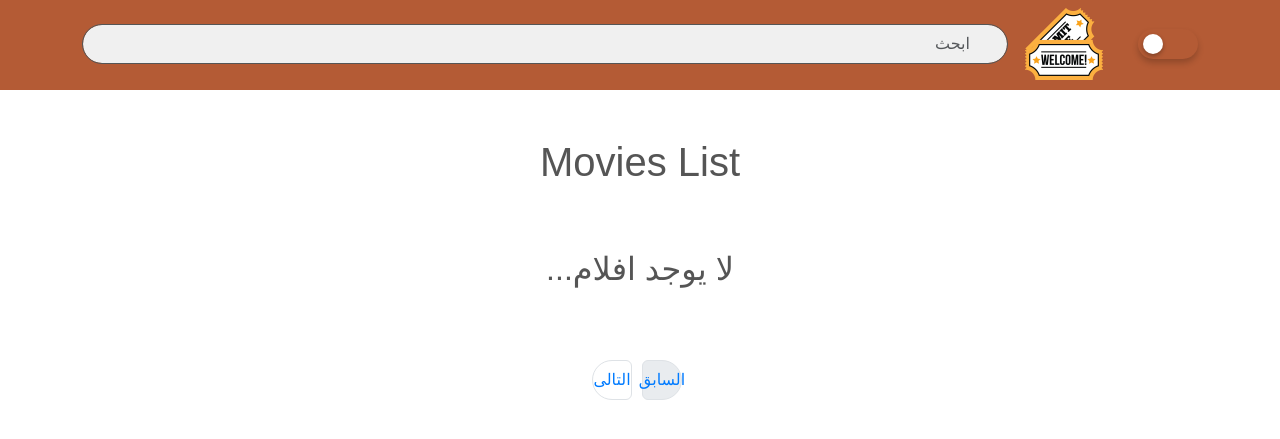
Repository: kerlos-alfy/Movie-List
Page: /
An editor plug-in stored every save of this project. The page is shown before and after the next save, followed by the edit.
The browser window is 1280 px wide. The pictures show the whole page.
The page's requests for data from a server got no answer. The project was rebuilt for these pictures with package versions that can differ from the ones it lists, and the page was loaded fresh each time. No one was signed in, and anything a server would have sent is missing. Also part of the build but not shown: vite.config.js, src/App.css, src/components/CardMovie.jsx.

Above is the page before, as saved 2025-01-16 05:15:12.

After the next save:
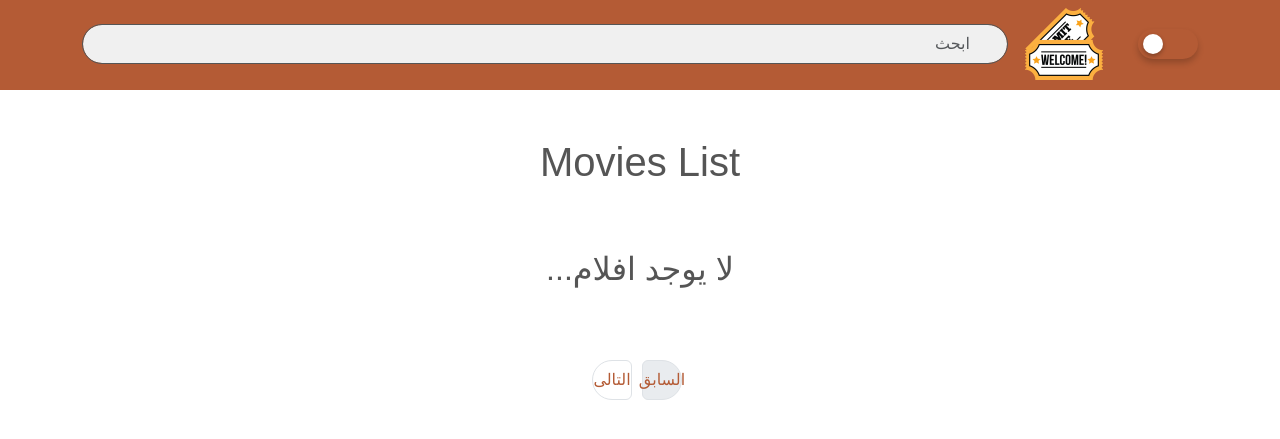
Saved 52 s later.
--- a/src/index.css
+++ b/src/index.css
@@ -199,7 +199,7 @@ body {
 }
 
 .pagination .page-link {
-	color: #007bff; /* لون الروابط */
+	color: var(--primary-color); /* لون الروابط */
 	border: 1px solid #dee2e6; /* تحديد الإطار */
 	border-radius: 50%; /* شكل دائري للأزرار */
 	width: 40px;
